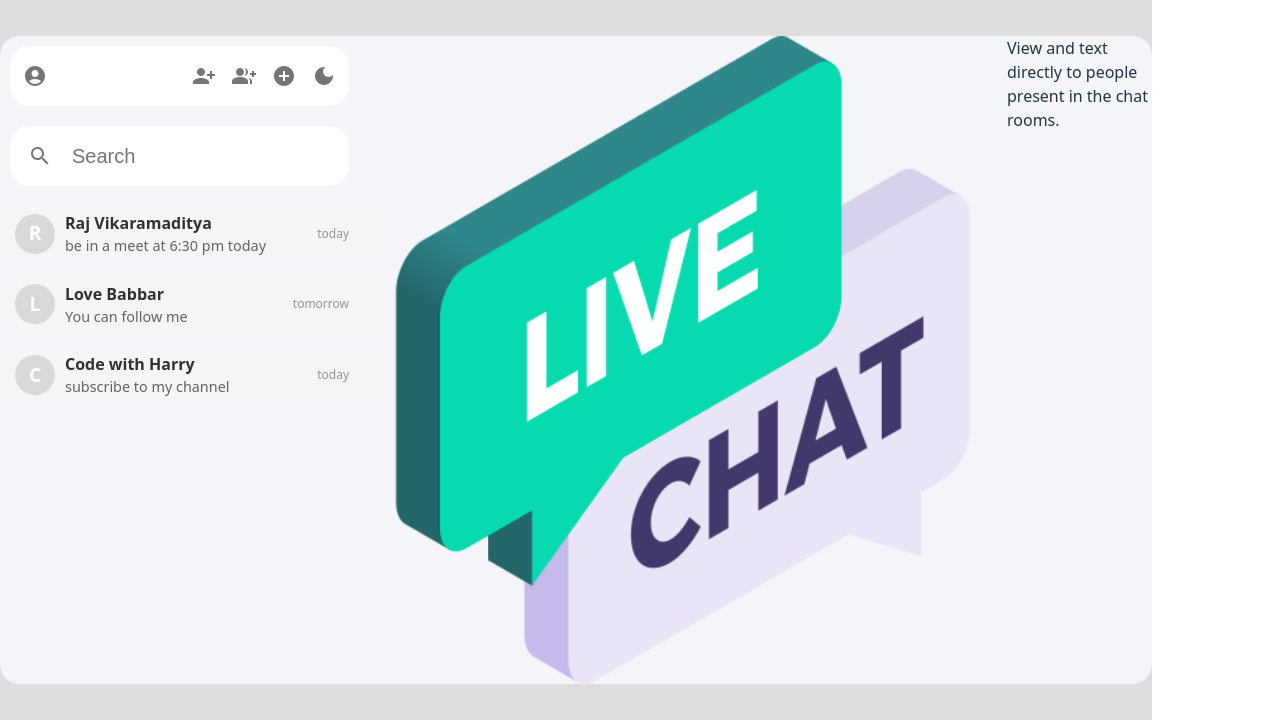
Repository: rahul-chakradhari/chat_app
Page: /
An editor plug-in stored every save of this project. The page is shown before and after the next save, followed by the edit.
The browser window is 1280 px wide. The pictures show the whole page.
The project was rebuilt for these pictures with package versions that can differ from the ones it lists, and the page was loaded fresh each time. Also part of the build but not shown: vite.config.js, src/components/Messagebyme.jsx, src/components/Messagebyothers.jsx, src/components/Chatarea.jsx.

Above is the page before, as saved 2025-02-28 19:19:26.

### index.html
<!DOCTYPE html>
<html lang="en">
  <head>
    <meta charset="UTF-8" />
    <link rel="icon" href="./live-chat.png" />

    <meta name="viewport" content="width=device-width, initial-scale=1.0" />
    <title>Vite + React</title>
  </head>
  <body>
    <div id="root"></div>
    <script type="module" src="/src/main.jsx"></script>
  </body>
</html>

### src/App.jsx
import "./App.css";
import Maincontainer from "./components/Maincontainer";

function App() {
  return (
    <div className="App">
      <Maincontainer />
    </div>
  );
}

export default App;

### src/App.css
* {
  margin: 0;
}
.App {
  background-color: #dddedd;
  min-height: 100vh;
  display: flex;
  justify-content: center;
  align-items: center;
}

### src/components/Maincontainer.jsx
import "./Mystyles.css";
import Sidebar from "./Sidebar";
import Chatarea from "./Chatarea";
import Welcome from "./Welcome";

const Maincontainer = () => {
  return (
    <div className="main">
      <Sidebar />
      <Welcome />
      {/*<Chatarea />*/}
    </div>
  );
};

export default Maincontainer;

### src/components/Mystyles.css
.main {
  background-color: #f4f5f8;
  height: 90vh;
  width: 90vw;
  display: flex;
  border-radius: 20px;
}
.side {
  flex: 0.3;
  display: flex;
  flex-direction: column;
}
.chat {
  background-color: aliceblue;
  flex: 0.7;
}
.headers {
  background-color: white;
  border-radius: 20px;
  padding: 10px 5px;
  margin: 10px;
  display: flex;
  justify-content: space-between;
}
.search {
  background-color: white;
  border-radius: 20px;
  padding: 10px 10px;
  margin: 10px;
  display: flex;
  align-items: center;
}
.box {
  outline-width: 0;
  border: none;
  font-size: 1.25rem;
  margin-left: 10px;
}
.conver {
  background-color: white;
  border-radius: 20px;
  padding: 10px 5px;
  margin: 10px;
  flex: 1;
}
.conversationitem {
  display: flex;
  align-items: center; /* Items ko vertical center align karega */
  gap: 10px; /* Icon aur text ke beech gap */
  padding: 10px;
  margin: 5px;
  border-radius: 20px;
  background-color: #f5f5f5; /* Light background */
  width: 100%;
  overflow: scroll;
}
.conversationitem::-webkit-scrollbar {
  display: none;
}

.icon {
  display: flex;
  justify-content: center;
  align-items: center;
  background-color: #d9d9d9;
  font-size: 1.2rem;
  font-weight: bold;
  color: white;
  height: 40px;
  width: 40px;
  border-radius: 50%;
  flex-shrink: 0; /* Icon ka size maintain rahega */
}

.conversation-text {
  display: flex;
  flex-direction: column;
  flex-grow: 1; /* Ye ensure karega ki text area full width le */
}

.title {
  font-weight: bold;
  font-size: 1rem;
  color: rgba(0, 0, 0, 0.8);
}

.message {
  font-size: 0.9rem;
  color: rgba(0, 0, 0, 0.6);
}

.time {
  margin-right: 25px;
  font-size: 0.75rem;
  color: rgba(0, 0, 0, 0.4);
  flex-shrink: 0; /* Time ka size fix rahe */
}
.chat {
  display: flex;
  flex-direction: column;
  flex: 0.7;
}
.chattingwith {
  background-color: green;
}
.mess {
  background-color: aquamarine;
  flex-grow: 1;
}
.inputbox {
  background-color: green;
}
.trash {
  color: black;
}
.chat {
  display: flex;
  flex-direction: column;
  flex: 0.7;
}

.chat-header {
  display: flex;
  justify-content: space-between;
  align-items: center;
  padding: 10px;
  background: white;
  border-bottom: 1px solid #ddd;
}
.avatar {
  border-color: #d9d9d9;
  color: white;
}
.chat-info {
  display: flex;
  align-items: center;
}

.chat-info .avatar {
  width: 40px;
  height: 40px;
  border-radius: 50%;
  background: #bbb;
  display: flex;
  justify-content: center;
  align-items: center;
  font-weight: bold;
  margin-right: 10px;
}

.trash {
  color: black;
}

.mess {
  flex-grow: 1;
  padding: 20px;
  background: #f5f5f5;
}

.inputbox {
  padding: 10px;
  border-top: 1px solid #ddd;
  background: white;
}

.inputbox input {
  width: 100%;
  padding: 8px;
  border: none;
  outline: none;
}
.name-time {
  display: flex;
  flex-direction: column;
  align-items: flex-start; /* Left-align text properly */
}

.niche {
  font-size: 12px;
  color: gray;
  margin: 2px 0 0 3px;
  margin-top: 2px;
  margin-right: 12px;
  /* 👈 Adjust left margin properly */
  padding-right: 42px; /* 🔹 Slight padding for spacing */
}
.inputbox {
  display: flex;
  justify-content: center;
}
.othertextcontent,
.con-icon {
  width: 200px; /* Box ka width */
  height: auto; /* Height content ke according adjust hogi */
  font-size: 16px; /* Text size change karne ke liye */
  padding: 10px; /* Text aur border ke beech space ke liye */
  background-color: aquamarine; /* Light gray background */
  border-radius: 10px; /* Rounded corners */
  margin-left: 750px;
}
.selfmessagecontainer {
  width: 200px; /* Box ka width */
  height: auto; /* Height content ke according adjust hogi */
  font-size: 16px; /* Text size change karne ke liye */
  padding: 10px; /* Text aur border ke beech space ke liye */
  background-color: lightsalmon; /* Light gray background */
  border-radius: 10px; /* Rounded corners */
}
.mess {
  height: 500px;
  overflow-y: auto;
  display: flex;
  flex-direction: column;
}
.mess::-webkit-scrollbar {
  display: none;
}
.welcome {
  display: flex;
  flex: 0.7;
}
/*
.welcome {
  min-height: 100vh;
  flex: 0.7;
  display: flex;
  flex-direction: column;
  justify-content: center;
  align-items: center;
  gap: 25px;
  font-family: "Segoe UI", Tahoma, Geneva, Verdana, sans-serif;
  color: rgba(0, 0, 0, 0.87);
  border-bottom: 2px solid #63d7b0;
  background-color: #ffffff;
  overflow: hidden;
  padding-bottom: 50px;
  margin-bottom: 222px;
}

.logo {
  height: 15vw;
  margin-bottom: 10px;
} */

### src/components/Sidebar.jsx
import { useState } from "react";
import AccountCircleIcon from "@mui/icons-material/AccountCircle";
import PersonAddAlt1Icon from "@mui/icons-material/PersonAddAlt1";
import GroupAddIcon from "@mui/icons-material/GroupAdd";
import AddCircleIcon from "@mui/icons-material/AddCircle";
import DarkModeIcon from "@mui/icons-material/DarkMode";
import SearchIcon from "@mui/icons-material/Search";
import Conversationitem from "./Conversationitem";
import "./Mystyles.css";
import { IconButton } from "@mui/material";

const Sidebar = () => {
  const [conversations, setConversations] = useState([
    {
      id: 1,
      name: "Raj Vikaramaditya",
      lastMessage: "be in a meet at 6:30 pm today",
      timeStamp: "today",
    },
    {
      id: 2,
      name: "Love Babbar",
      lastMessage: "You can follow me ",
      timeStamp: "tomorrow",
    },
    {
      id: 3,
      name: "Code with Harry",
      lastMessage: "subscribe to my channel",
      timeStamp: "today",
    },
  ]);

  return (
    <div className="side">
      <div className="headers">
        <div>
          <IconButton>
            <AccountCircleIcon />
          </IconButton>
        </div>
        <div>
          <IconButton>
            <PersonAddAlt1Icon />
          </IconButton>
          <IconButton>
            <GroupAddIcon />
          </IconButton>
          <IconButton>
            <AddCircleIcon />
          </IconButton>
          <IconButton>
            <DarkModeIcon />
          </IconButton>
        </div>
      </div>

      <div className="search">
        <IconButton>
          <SearchIcon />
        </IconButton>
        <input placeholder="Search" className="box" />
      </div>

      <div className="conversation">
        {conversations.map((conversation) => (
          <Conversationitem key={conversation.id} {...conversation} />
        ))}
      </div>
    </div>
  );
};

export default Sidebar;

### src/components/Welcome.jsx
import logo from "./images/live-chat.png";
const Welcome = () => {
  return (
    <div className="welcome">
      <img src={logo} alt="" className="logo" />
      <p>View and text directly to people present in the chat rooms.</p>
    </div>
  );
};

export default Welcome;

### src/components/Conversationitem.jsx
const Conversationitem = (props) => {
  return (
    <div className="conversationitem">
      <p className="icon">{props.name[0]}</p>
      <div className="conversation-text">
        <p className="title">{props.name}</p>
        <p className="message">{props.lastMessage}</p>
      </div>
      <p className="time">{props.timeStamp}</p>
    </div>
  );
};

export default Conversationitem;

Loaded but not shown: src/main.jsx (common file); src/index.css (common file)

After the next save:
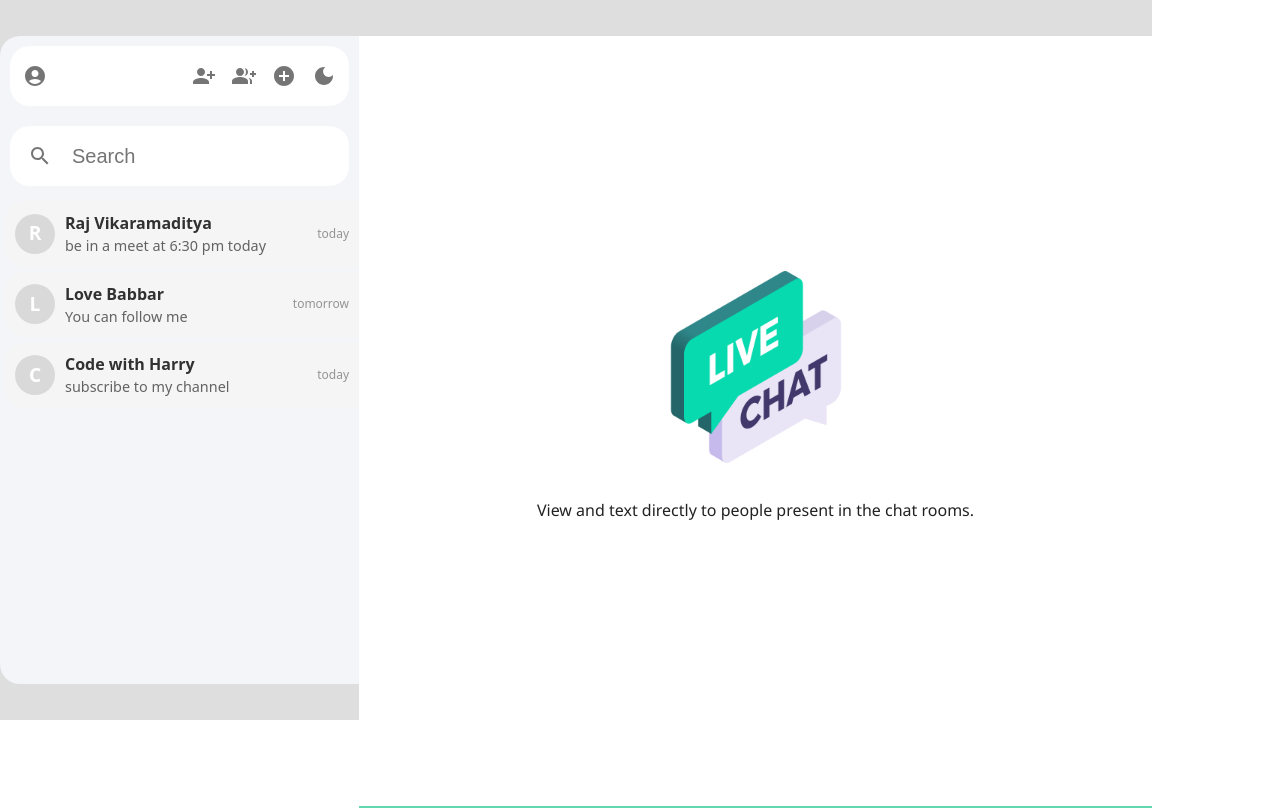
Saved 22 s later.
--- a/src/components/Mystyles.css
+++ b/src/components/Mystyles.css
@@ -216,11 +216,7 @@
 .mess::-webkit-scrollbar {
   display: none;
 }
-.welcome {
-  display: flex;
-  flex: 0.7;
-}
-/*
+
 .welcome {
   min-height: 100vh;
   flex: 0.7;
@@ -241,4 +237,4 @@
 .logo {
   height: 15vw;
   margin-bottom: 10px;
-} */
+}
